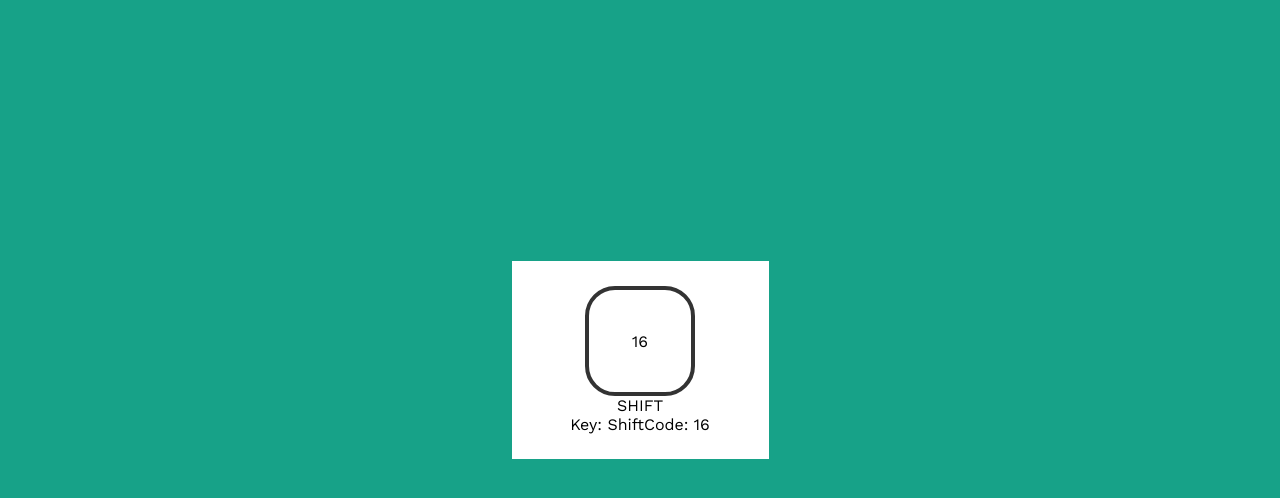
Repository: youssef168/Key-Detection
Page: index.htm
The author's editor kept a copy of each file at every save. The page is drawn from the files as they stood at one save, then again after the next save.
The browser window is 1280 px wide. The pictures show the whole page.

Above is the page before, as saved 2021-12-17 11:56:13.

After the next save:
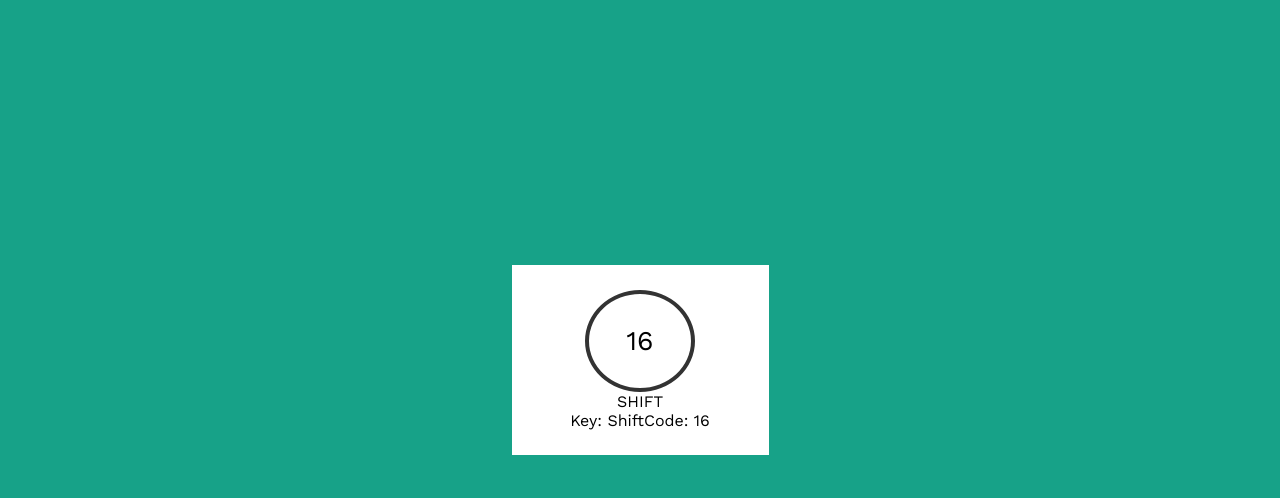
Saved 34 s later.
--- a/style.css
+++ b/style.css
@@ -37,7 +37,8 @@ body {
 }
 .key-code {
     border: 4px solid #333;
-    border-radius: 30px;
+    border-radius: 50%;
     width: 110px;
-    height: 110px;
+    height: 102px;
+    font-size: 27px;
 }
